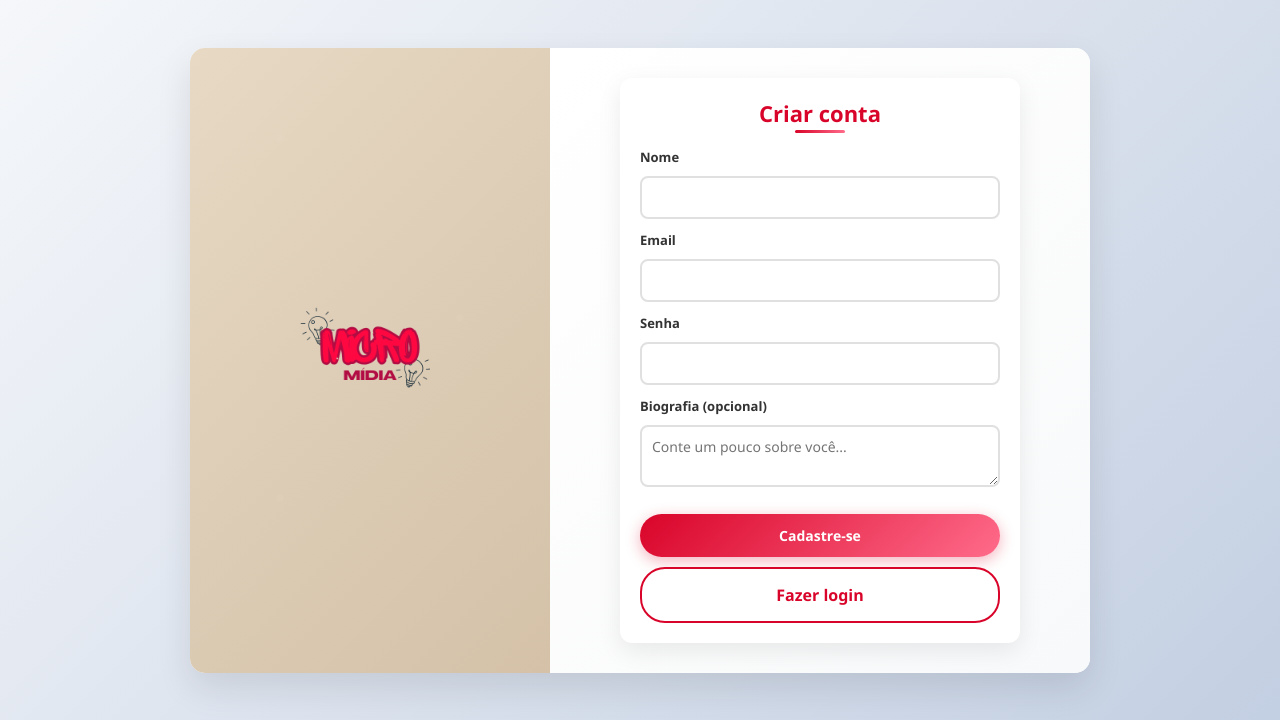
Repository: annaluizapm/MicroMidia
Page: front/HTML/cadastro.html
An editor plug-in stored every save of this project. The page is shown before and after the next save, followed by the edit.
The browser window is 1280 px wide. The pictures show the whole page.

Above is the page before, as saved 2025-08-14 11:22:47.

After the next save:
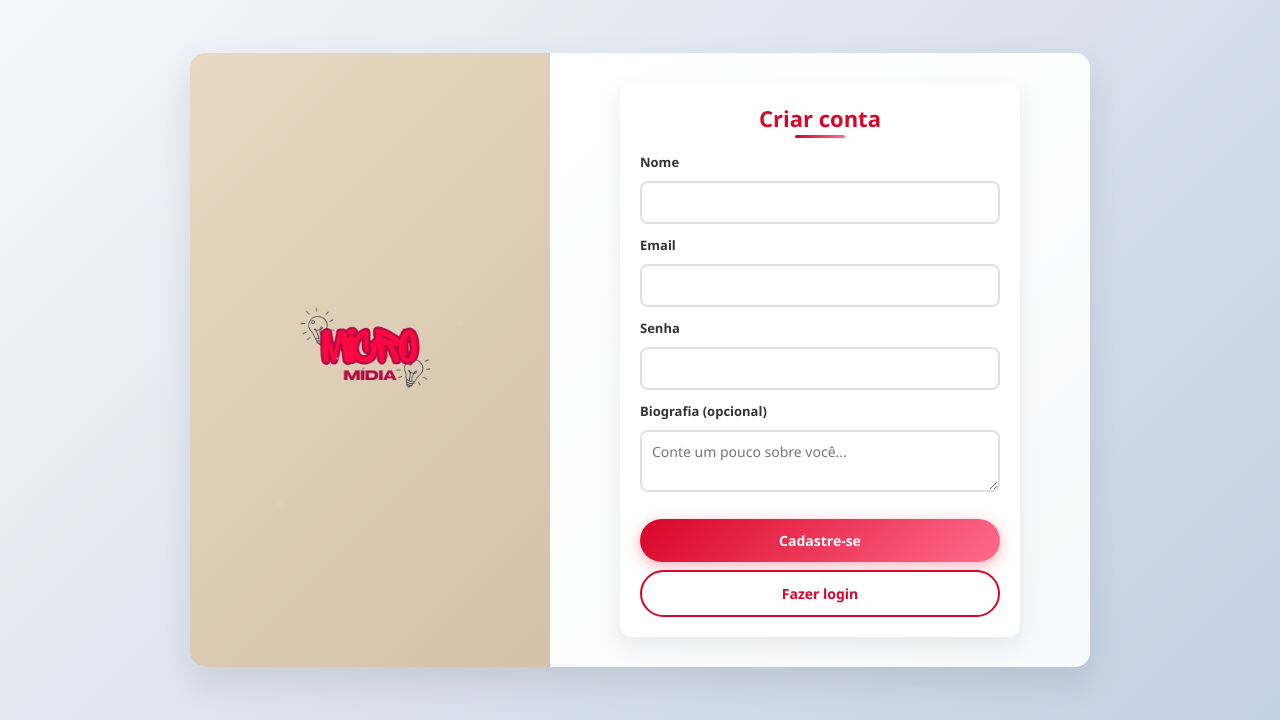
Saved 8 s later.
--- a/front/CSS/logincadastro.css
+++ b/front/CSS/logincadastro.css
@@ -162,15 +162,15 @@
 
 .btn-secondary {
     width: 100%;
-    padding: 15px;
+    padding: 12px;
     background: white;
     color: #D90429;
     border: 2px solid #D90429;
     border-radius: 25px;
     cursor: pointer;
-    margin-top: 10px;
+    margin-top: 8px;
     font-weight: 600;
-    font-size: 16px;
+    font-size: 14px;
     transition: all 0.3s ease;
 }
 
